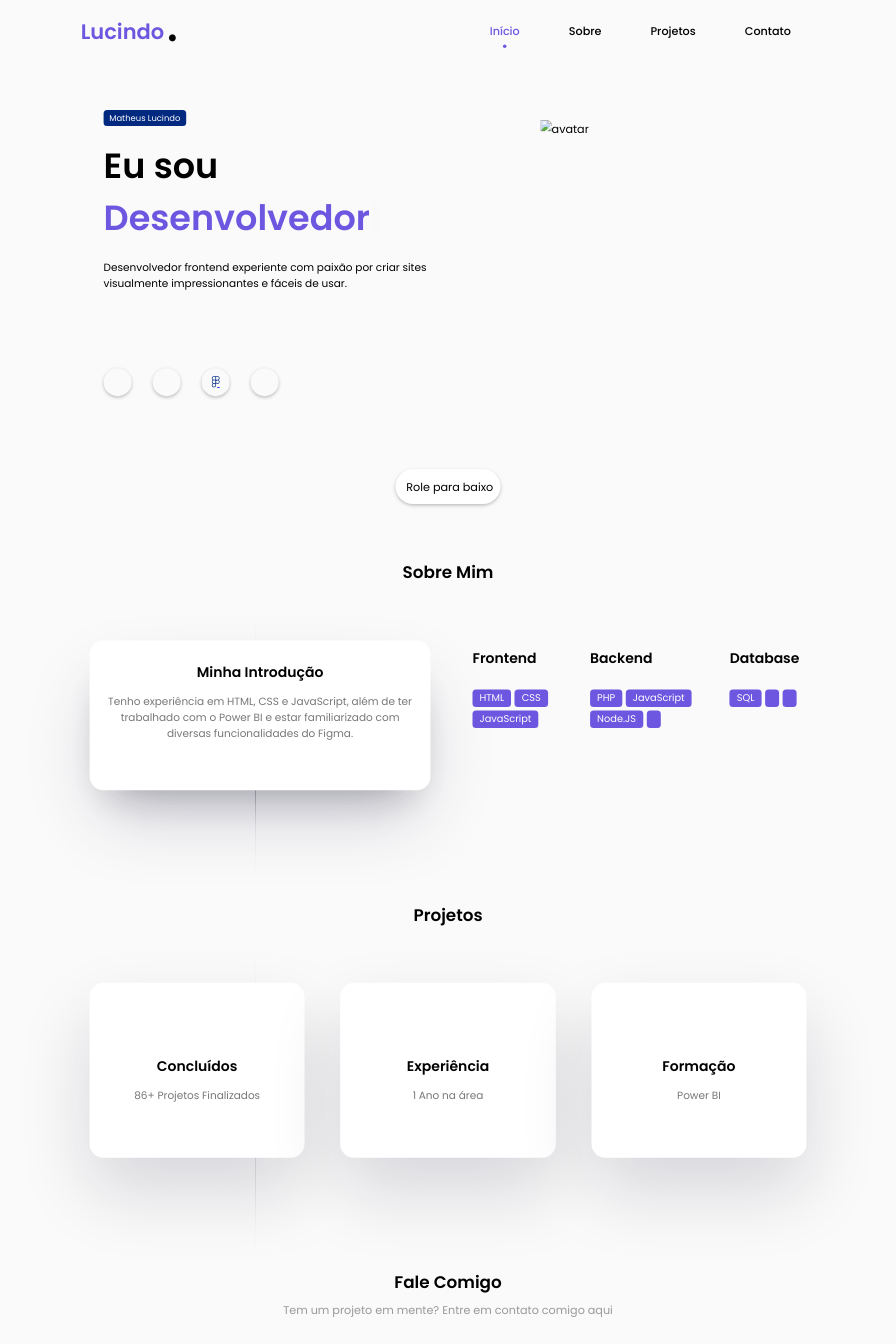
Repository: Matheus904-12/PrePortf
Page: index.html
These files come from the project's save history. The page is drawn as it stood at one moment and after the next save; the edit follows.
The browser window is 1280 px wide. The pictures show the part of the page from y = 0 to 1920 px (the page is 2744 px tall), at 70% of full size.
Some icons come from a web library that is not loaded, so they are not drawn. Some web libraries are served in a nearby version.

Above is the page before, as saved 2024-02-28 20:14:48.
Not found: pro.png

After the next save:
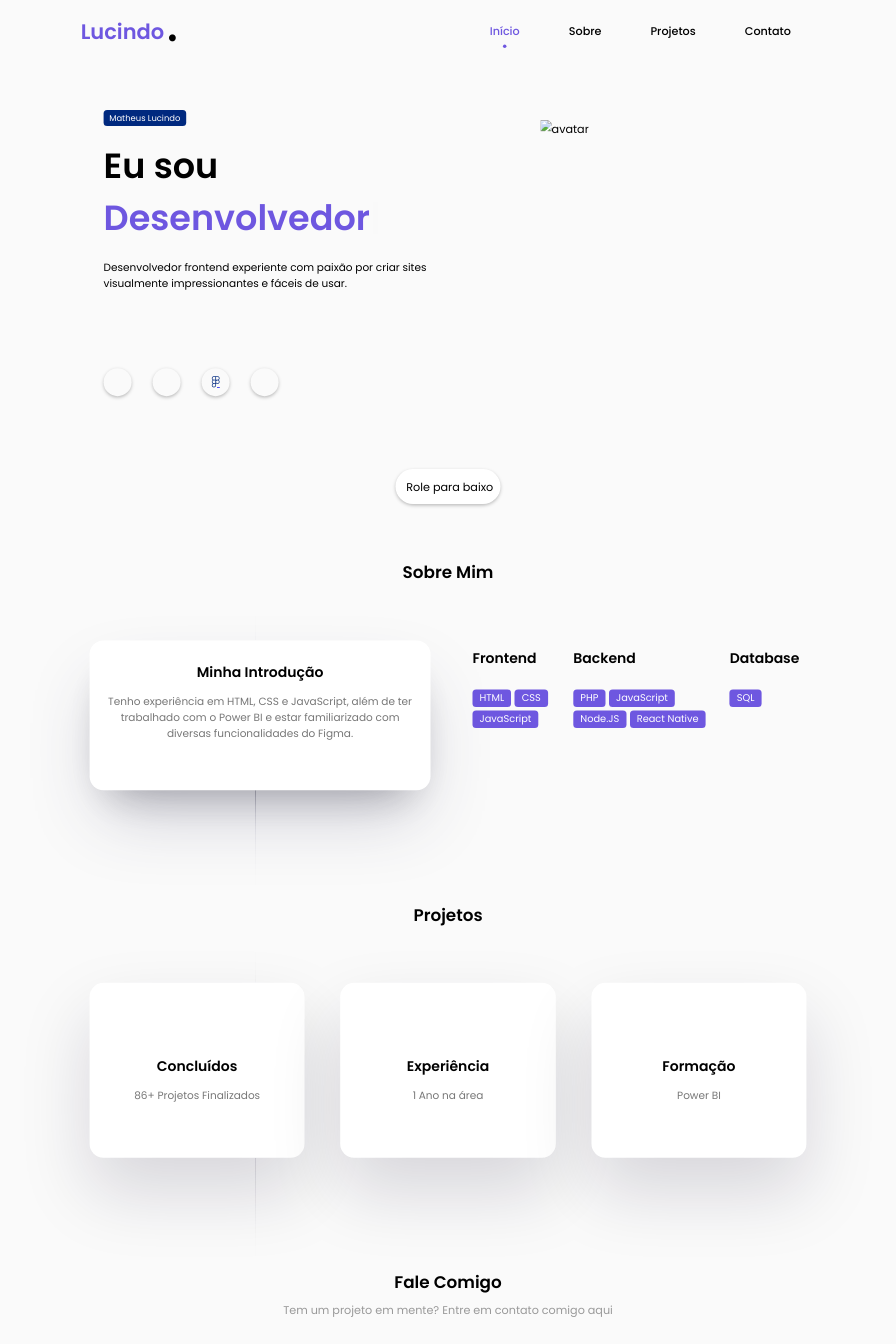
Saved 2 min 17 s later.
--- a/index.html
+++ b/index.html
@@ -120,7 +120,7 @@
                                 <span>PHP</span>
                                 <span>JavaScript</span>
                                 <span>Node.JS</span>
-                                <span></span>
+                                <span>React Native</span>
                             </div>
                         </div>
                         <div class="skills-box">
@@ -129,8 +129,6 @@
                             </div>
                             <div class="skills-list">
                                 <span>SQL</span>
-                                <span></span>
-                                <span></span>
                             </div>
                         </div>
                     </div>
